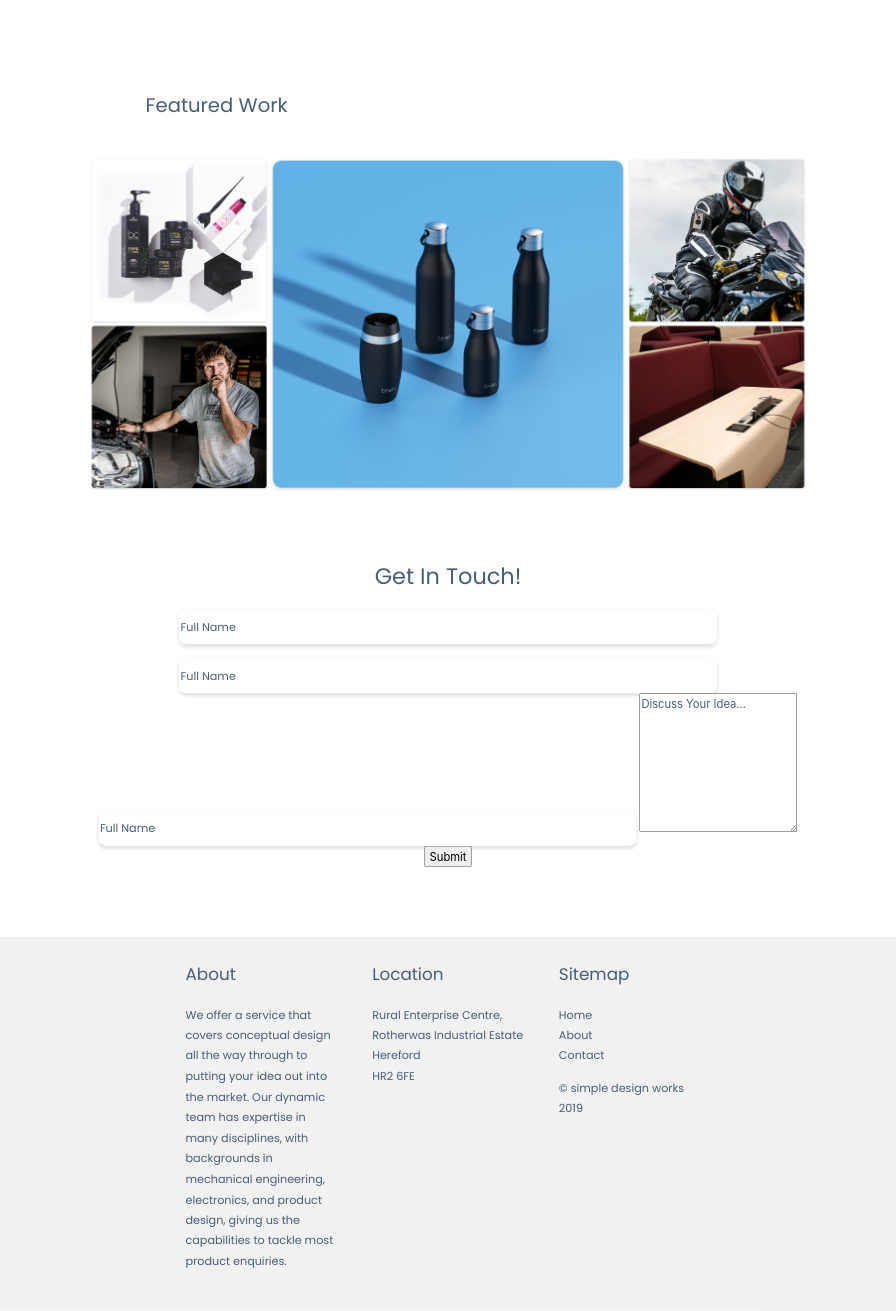
Repository: cobyfoster99/User-Centric-frontend-project
Page: index.html
The author's editor kept a record of every edit. The page is drawn from the files as they stood at one moment, then again after the next edit.
The browser window is 1280 px wide. The pictures show the part of the page from y = 1328 to 3248 px (the page is 3201 px tall before and 3248 px after), at 70% of full size.
Some web libraries are served in a nearby version.

Above is the page before.

### index.html
<!DOCTYPE html>
<html lang="en">

<head>
    <meta charset="UTF-8">
    <meta name="viewport" content="width=device-width, initial-scale=1.0, max-scale=1.0">
    <meta http-equiv="X-UA-Compatible" content="ie=edge">
    <link rel="stylesheet" href="assets/css/style.css" type="text/css" />
    <link rel="stylesheet" href="https://stackpath.bootstrapcdn.com/font-awesome/4.7.0/css/font-awesome.min.css" type="text/css" />
    <script src="https://kit.fontawesome.com/78b1021543.js"></script>
    <link rel="stylesheet" href="https://stackpath.bootstrapcdn.com/bootstrap/4.3.1/css/bootstrap.min.css" integrity="sha384-ggOyR0iXCbMQv3Xipma34MD+dH/1fQ784/j6cY/iJTQUOhcWr7x9JvoRxT2MZw1T" crossorigin="anonymous">
    <title>Simple Design Works | Product Design Agency</title>
</head>

<body>

    <header>
        <div class="row no-gutters">
            <a class="col-md-4 logo" href="index.html"></a>

            <div class="col-md-4">
                <div class="row no-gutters">
                    <div class="col">
                        <ul id="nav" class="list-inline menucontainer">
                            <li class="col-6 col-sm-3 list-inline-item">
                                <a href="#"><span class="nav-active">Home</span></a>
                            </li>
                            <li class="col-6 col-sm-3 list-inline-item">
                                <a href="#"><span>About</span></a>
                            </li>
                            <li class="col-6 col-sm-3 list-inline-item">
                                <a href="#"><span>Contact</span></a>
                            </li>
                        </ul>
                    </div>
                </div>
            </div>
        </div>
    </header>

    <section>

        <!--------------------- Global Banner Image--------------------->
        <div class="container-fluid">
            <div class="row banner-image-container no-gutters">
                <img class="banner-image" src="assets/media-library/home_image.jpg"></img>
            </div>
        </div>

        <!--------------------- SDW Catch Phrase --------------------->
        <div class="container-fluid">
            <div class="col-12">
                <div class="catchphrase">
                    <h3 class="header-h3">Your Idea</h3>
                    <h3 class="header-h3">Our Expertise </h3>
                    <h3 class="header-h3">Lets Design</h3>
                </div>
            </div>
        </div>

        <!--------------------- Home Page About --------------------->
        <div class="container-about">
            <div class="about-section">
                <h3 class="about-h3 aligned-border">About</h3>
                <p class="aligned-border about-p">We offer a service that covers conceptual design all the way through to putting your idea out into the market. Our dynamic team has expertise in many disciplines, with backgrounds in mechanical engineering, electronics, and product design,
                    giving us the capabilities to tackle most product enquiries.

                </p>
            </div>
        </div>

        <!--------------------- Home Page Portfolio --------------------->
        <div class="container-porfolio text-center">
            <h3 class="left-Featured">Featured Work</h3>
            <div class="row no-gutters">
                <div class="col-lg-3 col-md-12 portfolio-skp"><img class="img-fluid padded-image" src="./assets/media-library/skp2.jpg"></img> <img class="img-fluid padded-image" src="./assets/media-library/guy.jpg"></img>
                </div>

                <div class="col-lg-6 col-md-12 text-center portfolio-skp"><img class="img-fluid padded-image" src="./assets/media-library/ohello.jpg"></img>
                </div>
                <div class="col-lg-3 col-md-12 portfolio-skp"><img class="img-fluid padded-image" src="./assets/media-library/Bike.jpg"></img> <img class="img-fluid padded-image padded-image" src="./assets/media-library/furniture.jpg"></img>
                </div>
            </div>
        </div>

        <!--------------------- Home Page Contact --------------------->

    </section>
    <div class="container-contact text-center">
        <h2 class="home-contact-header">Get In Touch!</h2>
        <form>

            <input type="ftext" name="full-name" placeholder="Full Name" class="full-name" />

            <input type="ftext" name="full-name" placeholder="Full Name" class="full-name" />

            <input type="ftext" name="full-name" placeholder="Full Name" class="full-name" />


            <textarea rows="8" name="discuss" placeholder="Discuss Your Idea..." class="dicuss-idea"></textarea>

            <input type="submit" value="Submit" class="submit-button" />
        </form>
    </div>

    <footer>
        <div class="container-fluid">
            <div class="row no-gutters footer-about">
                <div class="col-sm footer-section">
                    <h2 class="footer-h2">About</h2>
                    <p class="footer-p">We offer a service that covers conceptual design all the way through to putting your idea out into the market. Our dynamic team has expertise in many disciplines, with backgrounds in mechanical engineering, electronics, and product
                        design, giving us the capabilities to tackle most product enquiries.
                    </p>
                </div>
                <div class="col-sm footer-section footer-location">
                    <h2 class="footer-h2">Location</h2>
                    <p class="footer-p">Rural Enterprise Centre,<br> Rotherwas Industrial Estate<br> Hereford
                        <br> HR2 6FE<br>
                    </p>
                </div>
                <div class="col-sm footer-section footer-sitemap">
                    <h2 class="footer-h2">Sitemap</h2>
                    <p class="footer-p"><a class="footer-links" href="/home">Home</a> <br> <a class="footer-links" href="/about">About</a> <br> <a class="footer-links" href="/contact">Contact</a> <br>
                        <p class="footer-p">© simple design works 2019</p>
                    </p>
                </div>


            </div>
        </div>
    </footer>

</body>

</html>

### assets/css/style.css
/* ------------------------------------------- Typography */

@import url('https://fonts.googleapis.com/css?family=Poppins:400,600,700&display=swap');

h1,
h2,
h3,
h4,
h5,
p,
span {
    font-family: "poppins", sans-serif;
    color: #475D7B;
}



/* -------------------------------------------- Header */

header {
    background-color: #fffff;
    padding-top: 20px;
    padding-bottom: 20px;
}

.logo {
    background: url("../media-library/logo.png");
    background-position: center;
    background-repeat: no-repeat;
    min-height: 69px;
    transition: all .5s ease-in-out;
    -moz-transition: all .5s ease-in-out;
    -webkit-transition: all .5s ease-in-out;
}

.list-inline {
    padding-top: 60px;
    padding-bottom: 40px;
    text-align: center;
}

.list-inline-item {
    padding-bottom: 10px;
}

.menucontainer {
    font-size: 0px;
    text-decoration: none;
}

#nav li {
    font-size: 18px;
    text-align: center;
    text-decoration: none;
    font-weight: 600;
    transition: all .5s ease-in-out;
    -moz-transition: all .5s ease-in-out;
    -webkit-transition: all .5s ease-in-out;
}

#nav li:hover {
    font-size: 14px;
    text-align: center;
}

.nav-active {
    color: #E18763;
    border-bottom: 1px solid #E18763;
}

.menu-item {
    margin-bottom: 10px;
}

/* -------------------------------------------- Media Queries - Header */

@media only screen and (max-width: 1920px) and (min-width: 1220px) {
    header {
        margin-left: 150px;
    }
}

@media only screen and (max-width: 1440px) and (min-width: 768px) {
    .menuitem {
        padding-bottom: 10px;
    }
}




/* -------------------------------------------- Banner Image Global */

.banner-image {
    display: block;
    margin-left: auto;
    margin-right: auto;
    padding-left: 10px;
    max-width: 100%;
    height: auto;
}

/* -------------------------------------------- SDW Catchphrase Global */

.catchphrase {
    display: block;
    text-align: center;
    margin-left: auto;
    margin-right: auto;
    padding-bottom: 75px;
    padding-top: 75px;
}

.header-h3 {
    text-align: center;
    display: inline-block;
    padding-left: 10px;
}

/* -------------------------------------------- Home-page About */

.about-section {
    display: block;
    box-shadow: 0px 3px 6px rgba(0, 0, 0, 0.15);
    border-radius: 25px;
    margin-bottom: 50px;
}

.aligned-border {
    padding: 20px;
}

.about-h3 {
    padding-top: 75px;
    line-height: 35pt;
    letter-spacing: 1.5px;
}

.about-p {
    padding-top: 20px;
    padding-bottom: 75px;
    line-height: 35pt;
    letter-spacing: 1.5px;
    font-size: 20px;
}

.container-about {
    margin-left: auto;
    margin-right: auto;
    width: 80%;
}


/* -------------------------------------------- Media Queries - Home-page-about */

@media only screen and (max-width: 1920px) and (min-width: 1200px) {
    .container-about {
        margin-right: 0;
        margin-left: 10%;
        width: 90%;
    }
}

@media only screen and (max-width: 1920px) and (min-width: 1200px) {
    .about-section {
        border-radius: 25px 0px 0px 25px;
    }
}


@media only screen and (max-width: 1920px) and (min-width: 1200px) {
    .about-p,
    .about-h3 {

        padding-left: 80px;

    }
}

@media only screen and (max-width: 1220px) and (min-width: 320px) {
    .about-p,
    .about-h3 {

        line-height: normal;
        letter-spacing: normal;
        text-align: center;

    }
}

@media only screen and (max-width: 1220px) and (min-width: 320px) {
    .about-p {
        padding-bottom: 50px;
        padding-top: 0px;
        font-size: 16px;
    }
}

@media only screen and (max-width: 1220px) and (min-width: 320px) {
    .about-h3 {
        padding-top: 50px;
    }
}



/* -------------------------------------------- Media Queries - Catchphrase Global */

@media only screen and (max-width: 1920px) and (min-width: 768px) {
    .header-h3 {
        padding-left: 75px;
        padding-right: 75px;
    }
}






/* -------------------------------------------- Footer */

footer {
    background-color: #f1f1f1;
    padding-top: 20px;
    padding-bottom: 20px;
}

.footer-section {
    text-align: left;
    padding-top: 20px;
    padding-bottom: 20px;
}


.footer-h2 {
    padding-bottom: 20px;
    font-size: 24px;
    text-align: left;
}

.footer-p {
    font-size: 16px;
    line-height: 22pt;
    text-align: left;
}

.footer-links {
    text-decoration: none;
    color: #475D7B;
}

.footer-links:hover {
    text-decoration: none;
    color: #475D7B;
}

/* -------------------------------------------- Media Queries - Footer */

@media only screen and (max-width: 1920px) and (min-width: 1220px) {
    .footer-location {
        margin-left: 180px;
    }
}

@media only screen and (max-width: 1920px) and (min-width: 1220px) {
    footer {
        padding-left: 250px;
        padding-right: 250px;
    }
}

@media only screen and (max-width: 1200px) and (min-width: 768px) {
    footer {
        padding-left: 50px;
        padding-right: 0px;
    }
}

@media only screen and (max-width: 1440px) and (min-width: 768px) {
    .footer-sitemap,
    .footer-location {
        margin-left: 50px;
        padding-right: 0px;
    }
}

@media only screen and (max-width: 1200px) and (min-width: 386px) {
    .footer-p {
        font-size: 14px;
    }
}





/* -------------------------------------------- Portfolio Section - Homepage*/

.container-porfolio {
    margin-left: auto;
    margin-right: auto;
    width: 80%;
    padding-top: 100px;
    padding-bottom: 100px;
}

.portfolio-title {
    padding-left: 80px;
    padding-bottom: 50px;
}

@media only screen and (max-width: 1200px) and (min-width: 300px) {
    .portfolio-title {
        padding-left: 0px;
        text-align: center;
        padding-bottom: 20px;
    }
}

.skp-image {
    transition: all .5s ease-in-out;
    -moz-transition: all .5s ease-in-out;
    -webkit-transition: all .5s ease-in-out;
    display: inline-block;
}


@media only screen and (max-width: 1200px) and (min-width: 300px) {
    .container-portfolio {
        width: 100%;
        margin: 0;
    }
}

.folio-image {
    max-width: 100%;
    width: auto;
    min-height: auto;
    vertical-align: top;
    margin-right: auto;
    margin-left: auto;
    padding-top: 25px;
}

.folio-image-right {
    vertical-align: top;
    float: left;
    text-align: right;
}

.portfolio-skp {
    margin-left: auto;
    margin-right: auto;
}

@media only screen and (max-width: 1920px) and (min-width: 1200px) {
    .portfolio-item-large {
        margin: 0;
    }
}

.padded-image {
    padding-bottom: 0px;
}

@media only screen and (max-width: 1920px) and (min-width: 1200px) {
    .left-Featured {
        text-align: left;
        padding-left: 80px;
    }

}

.left-Featured {
    padding-bottom: 50px;
}


/* -------------------------------------------- Contact Section - Homepage*/
.container-contact {
    margin-left: auto;
    margin-right: auto;
    width: 80%;
    padding-bottom: 100px;
}

.full-name {
    margin-top: 20px;
    width: 75%;
    height: 50px;
    box-shadow: 0px 3px 6px rgba(0, 0, 0, 0.15);
    border-radius: 10px;
    border:none;
    font-family: "poppins", sans-serif;
    font-size: 16px;
}

::-webkit-input-placeholder {
color: #475D7B;
}

:-moz-placeholder {
color: #475D7B;
}

::-moz-placeholder {
color: #475D7B;
}

:-ms-input-placeholder {
  color: #888;
}

After the next edit:
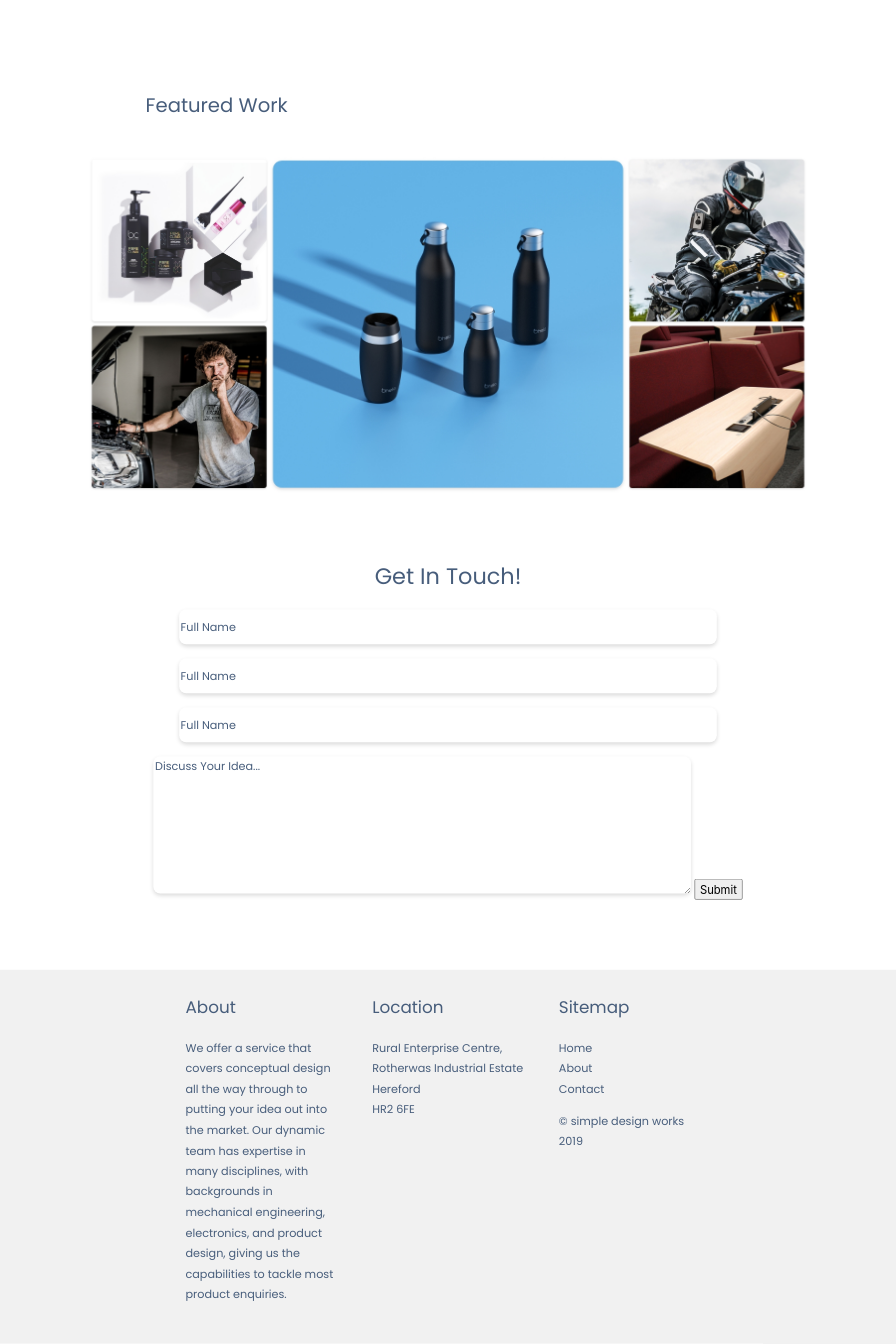
The edit:
--- a/assets/css/style.css
+++ b/assets/css/style.css
@@ -400,14 +400,13 @@
 color: #475D7B;
 }
 
-:-moz-placeholder {
-color: #475D7B;
-}
-
-::-moz-placeholder {
-color: #475D7B;
-}
-
-:-ms-input-placeholder {
-  color: #888;
-}
+
+.dicuss-idea {
+        margin-top: 20px;
+    width: 75%;
+    box-shadow: 0px 3px 6px rgba(0, 0, 0, 0.15);
+    border-radius: 10px;
+    border:none;
+    font-family: "poppins", sans-serif;
+    font-size: 16px;
+}
